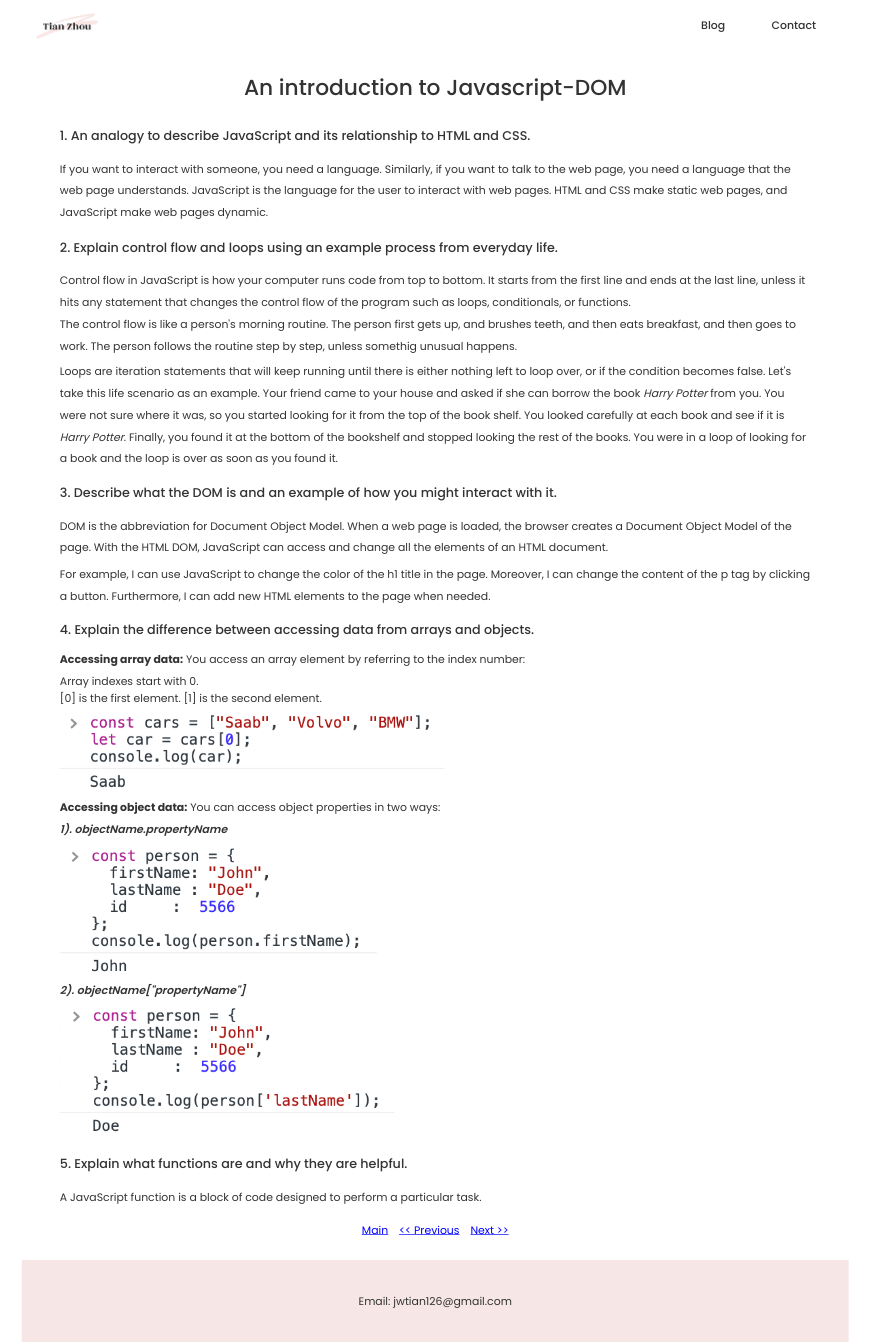
Repository: Tiaanz/Tiaanz.github.io
Page: blog/javascript-dom.html
An editor plug-in stored every save of this project. The page is shown before and after the next save, followed by the edit.
The browser window is 1280 px wide. The pictures show the whole page, at 68% of full size.

Above is the page before, as saved 2023-01-25 16:55:01.

After the next save:
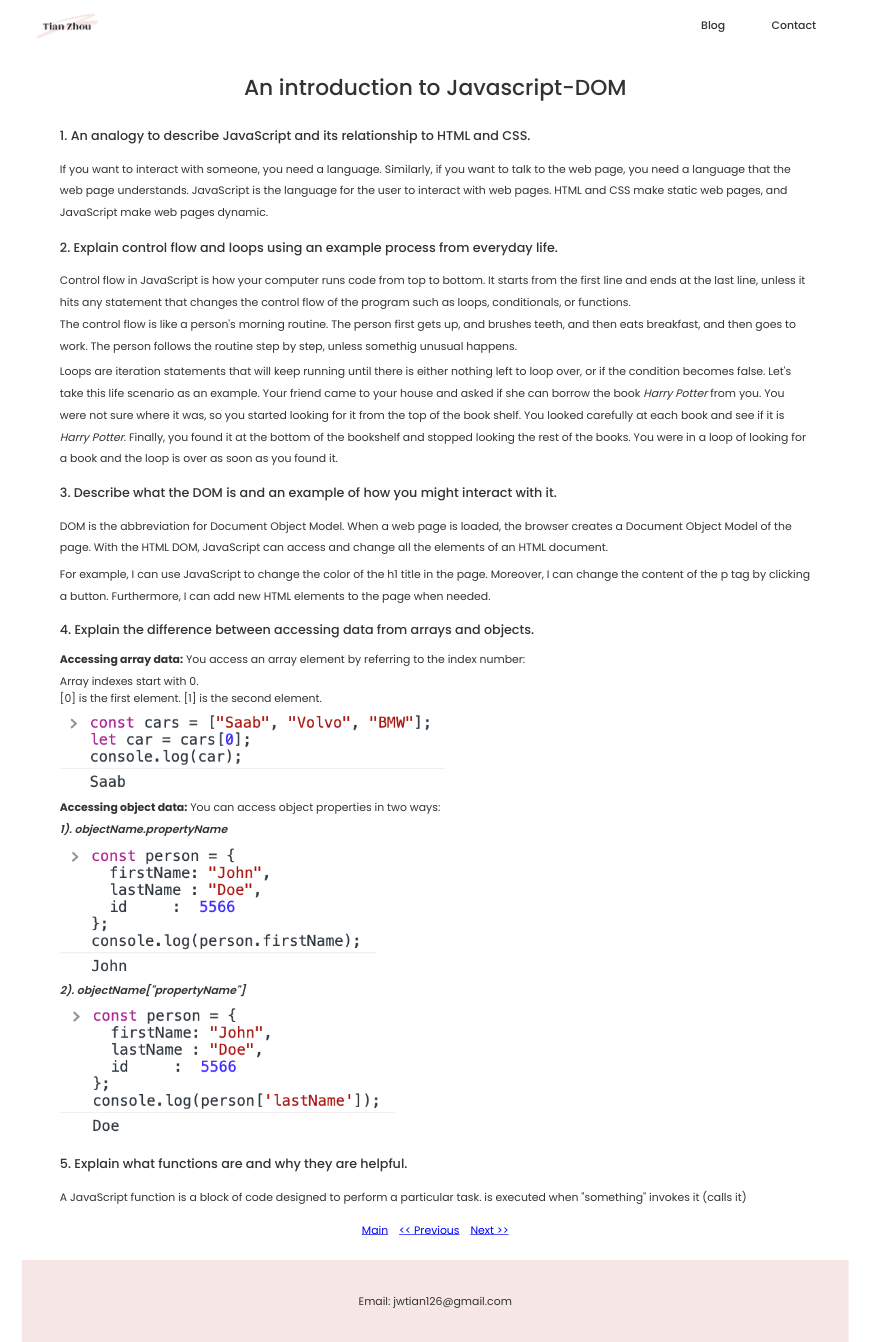
Saved 21 s later.
--- a/blog/javascript-dom.html
+++ b/blog/javascript-dom.html
@@ -69,7 +69,7 @@
                 <li><img src="../images/object2.png" alt="object"></li>
             </ul>
             <h3>5. Explain what functions are and why they are helpful.</h3>
-            <p>A JavaScript function is a block of code designed to perform a particular task.</p>
+            <p>A JavaScript function is a block of code designed to perform a particular task. is executed when "something" invokes it (calls it)</p>
             <div class="page-nav">
                 <a href="../index.html">Main</a>
                 <a href="./learning-plan.html"> &lt&lt Previous</a>
